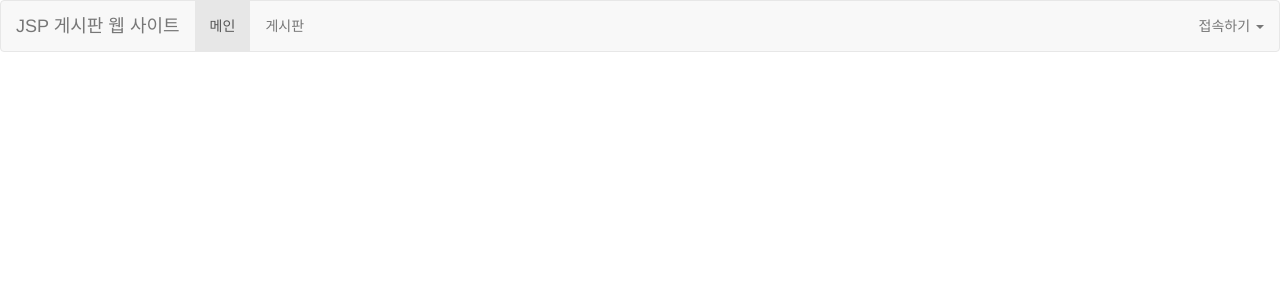
Repository: TheChok/BbsClone
Page: http://localhost/BBS/main.jsp
These files come from the project's save history. The page is drawn as it stood at one moment and after the next save; the edit follows.
The browser window is 1280 px wide. The pictures show the whole page.
Some web libraries are served in a nearby version. The page is served by Tomcat 9.

Above is the page before, as saved 2023-09-21 18:33:34.

After the next save:
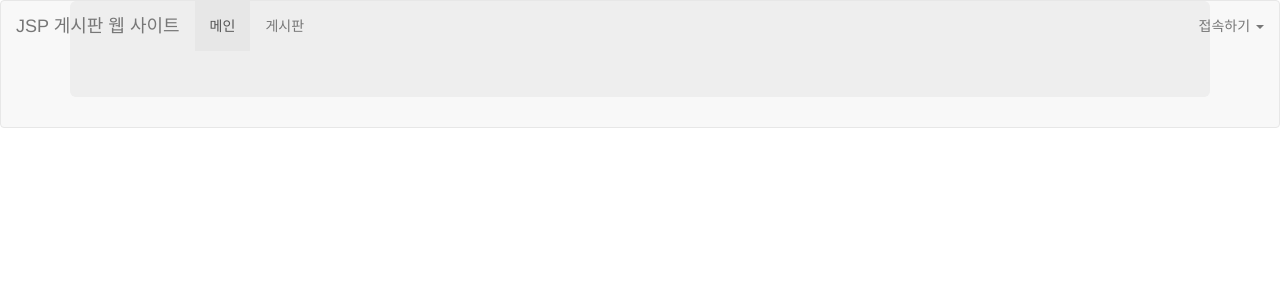
Saved 7 s later.
--- a/BBS/src/main/webapp/main.jsp
+++ b/BBS/src/main/webapp/main.jsp
@@ -72,7 +72,7 @@
 			%>
 
 			<div class="container">
-				<div>
+				<div class="jumbotron">
 
 				</div>
 			</div>
